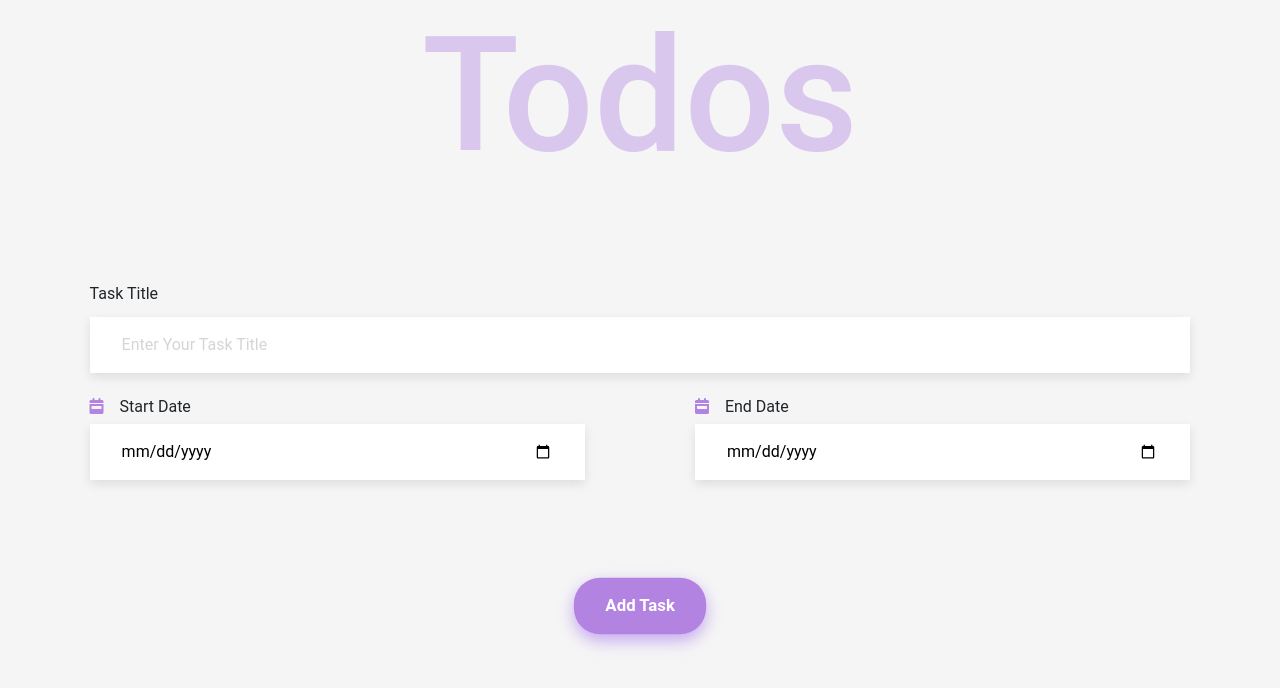
Repository: Surahailat/TypeScript
Page: Mini project 10-3/Project-TS.html
An editor plug-in stored every save of this project. The page is shown before and after the next save, followed by the edit.
The browser window is 1280 px wide. The pictures show the whole page.
The pointer rests on the first visible `.AddTask`.

Above is the page before, as saved 2025-03-10 15:57:15.

### Mini project 10-3/Project-TS.html
<!DOCTYPE html>
<html lang="en">

<head>
    <meta charset="UTF-8">
    <meta name="viewport" content="width=device-width, initial-scale=1.0">
    <title>Document</title>
    <link href="https://cdnjs.cloudflare.com/ajax/libs/font-awesome/6.0.0-beta3/css/all.min.css" rel="stylesheet">
    <link href="https://cdn.jsdelivr.net/npm/bootstrap@5.3.3/dist/css/bootstrap.min.css" rel="stylesheet"
        integrity="sha384-QWTKZyjpPEjISv5WaRU9OFeRpok6YctnYmDr5pNlyT2bRjXh0JMhjY6hW+ALEwIH" crossorigin="anonymous">
    <style>
        * {
            box-sizing: border-box;
        }

        body {
            background-color: #f5f5f5;
            font-family: "roboto", sans-serif;
            margin: 0;
        }

        h1 {
            color: rgb(179, 131, 226);
            font-size: 10rem;
            text-align: center;
            opacity: 0.4;

        }

        .form {
            margin: 7%;
        }

        .input {
            width: 400px;
            max-width: 100%;
            box-shadow: 0px 4px 10px rgb(0, 0, 0, 0.1);
            margin: auto;
            margin-top: 1%;
            border: none;
            width: 100%;
            display: block;
            padding: 1rem 2rem;
            font-size: 1rem;
            margin-bottom: 2%;
        }

        .input::placeholder {
            color: #d5d5d5;

        }

        .date {
            display: flex;
            flex-direction: row;
            width: 100%;
            justify-content: space-between;
        }

        .form-group {
            width: 45%;
        }

        /* .AddTask {
            background-color: #b383e2;
            color: #d5d5d5;
            text-align: center;
            border: none;
            padding: 17px 34px;
        }*/

        .butt {
            text-align: center;
        }
        .AddTask {
            background-color: #b383e2; /* لون بنفسجي راقي */
            color: white;
            text-align: center;
            border: none;
            padding: 15px 30px;
            font-size: 16px;
            font-weight: bold;
            border-radius: 25px; /* يجعل الزر ناعماً */
            cursor: pointer;
            transition: all 0.3s ease-in-out;
            box-shadow: 0 4px 10px rgba(139, 92, 246, 0.3);
        }

        .AddTask:hover {
            background-color: #b383e2; /* لون أغمق عند التمرير */
            box-shadow: 0 6px 15px rgba(124, 58, 237, 0.4);
            transform: scale(1.05);
        }

        .AddTask:active {
            background-color: #6d28d9;
            transform: scale(0.98);
        }
    </style>
</head>

<body>
    <h1>Todos</h1>
    <div class="form">
        <Label>Task Title</Label>
        <input type="text" class="input" placeholder="Enter Your Task Title " autocomplete="off" id="title">
        <div class="date">
            <div class="form-group">
                <Label><i class="fa-solid fa-calendar-week" style="color: #b383e2;"></i> &nbsp;&nbsp;&nbsp;Start
                    Date</Label>
                <input type="date" class="input" autocomplete="off" id="startDate">
            </div>
            <div class="form-group">
                <Label><i class="fa-solid fa-calendar-week" style="color: #b383e2;"></i>&nbsp;&nbsp;&nbsp; End
                    Date</Label>
                <input type="date" class="input" autocomplete="off" id="endDate">
            </div>
        </div>
    </div>
    <div class="butt">
        <button type="submit" class="AddTask" onclick="save(event)">Add Task</button>
    </div>
    <script src="https://cdn.jsdelivr.net/npm/bootstrap@5.3.3/dist/js/bootstrap.bundle.min.js"
        integrity="sha384-YvpcrYf0tY3lHB60NNkmXc5s9fDVZLESaAA55NDzOxhy9GkcIdslK1eN7N6jIeHz"
        crossorigin="anonymous"></script>
    <script src="Project-TS.js"></script>
</body>

</html>

Loaded but not shown: Mini project 10-3/Project-TS.js (no copy from this time; the picture is the same without it)

After the next save:
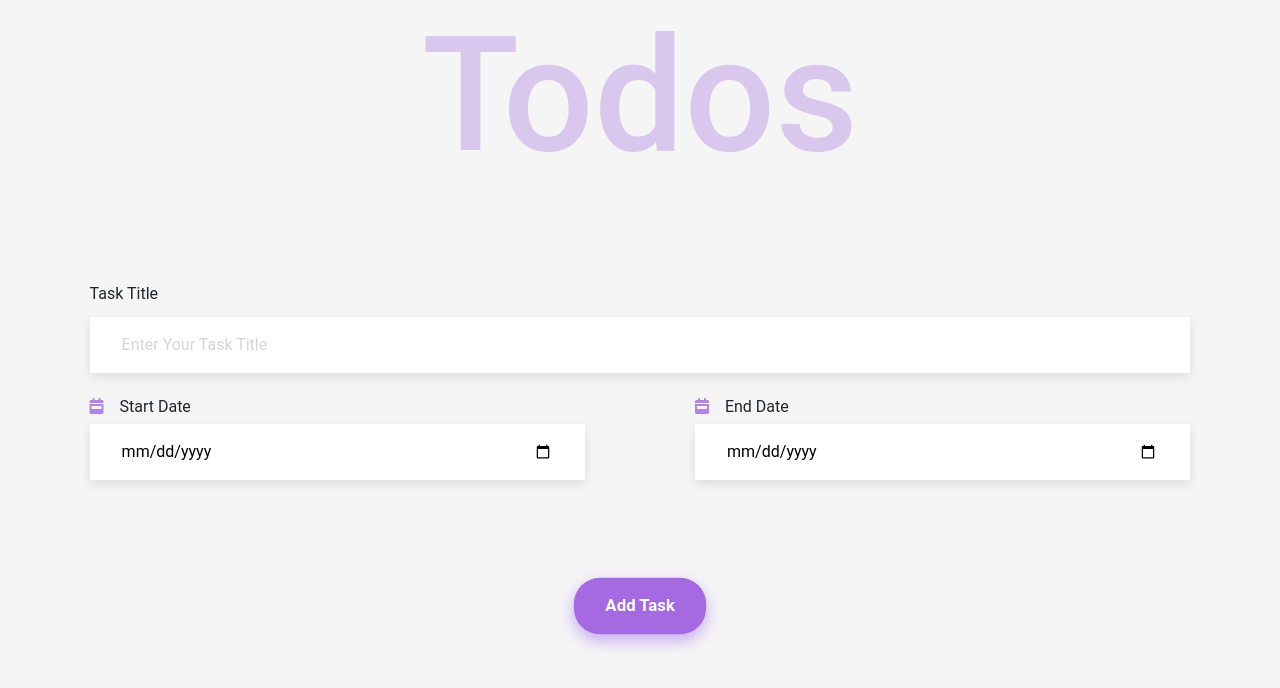
Saved 4 s later.
--- a/Mini project 10-3/Project-TS.html
+++ b/Mini project 10-3/Project-TS.html
@@ -87,7 +87,7 @@
         }
 
         .AddTask:hover {
-            background-color: #b383e2; /* لون أغمق عند التمرير */
+            background-color: #a56ae1; /* لون أغمق عند التمرير */
             box-shadow: 0 6px 15px rgba(124, 58, 237, 0.4);
             transform: scale(1.05);
         }
